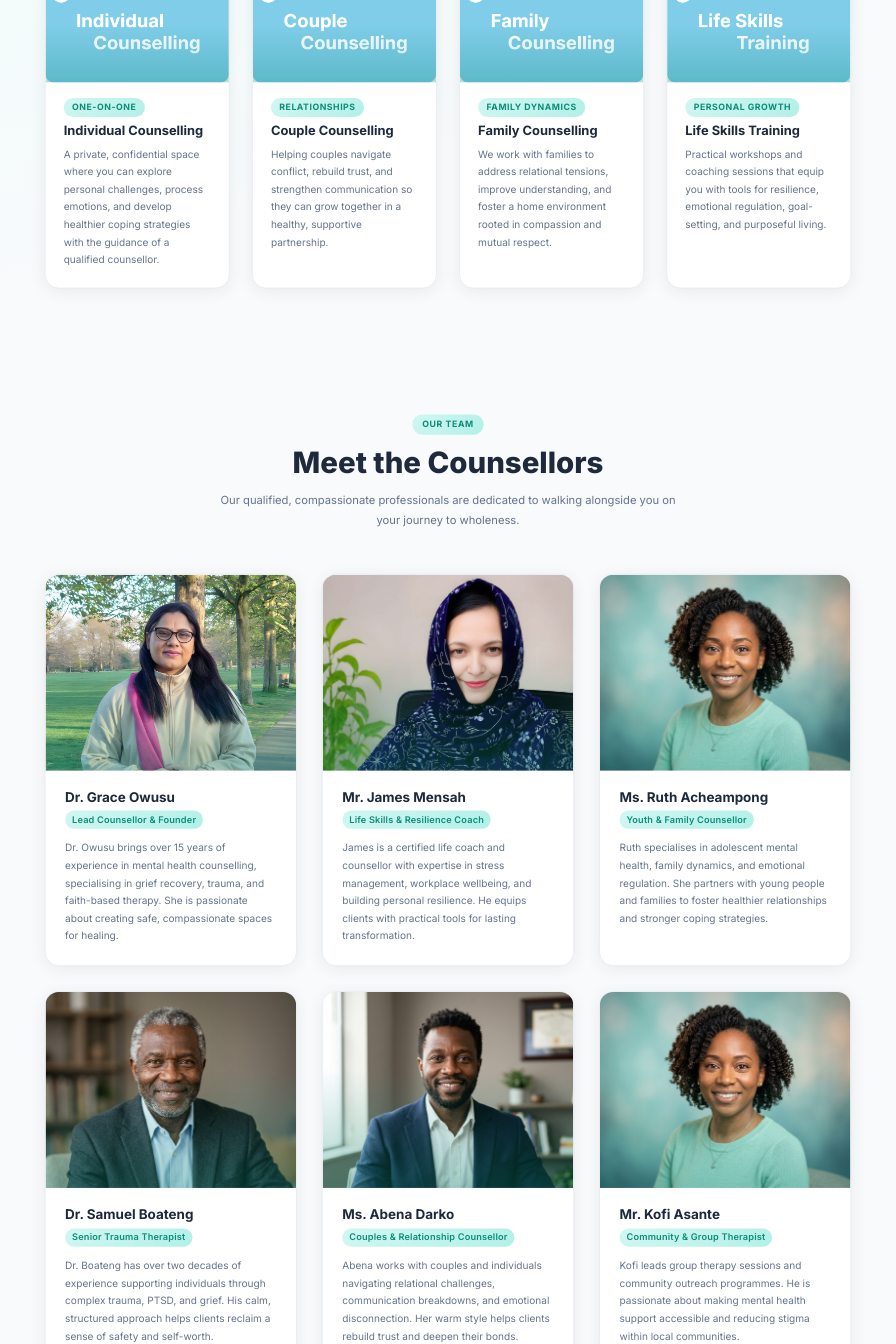
Repository: Tan47s/Lifelogo
Page: /
The author's editor kept a copy of each file at every save. The page is drawn from the files as they stood at one save, then again after the next save.
The browser window is 1280 px wide. The pictures show the part of the page from y = 1720 to 3640 px (the page is 4886 px tall), at 70% of full size.
The project was rebuilt for these pictures with package versions that can differ from the ones it lists, and the page was loaded fresh each time. Also part of the build but not shown: vite.config.js.

Above is the page before, as saved 2026-08-09 16:44:19.

### index.html
<!doctype html>
<html lang="en">
  <head>
    <meta charset="UTF-8" />
    <link rel="icon" type="image/svg+xml" href="/favicon.svg" />
    <meta name="viewport" content="width=device-width, initial-scale=1.0" />
    <title>Life-Logo | Mental Health Counselling &amp; Life Skills</title>
    <meta name="description" content="Life-Logo Mental Health Support &amp; Life Skills Training Unit — professional counselling, resilience coaching, and compassionate support to help you find meaning, hope, and purpose." />
    <meta property="og:title" content="Life-Logo | Mental Health Counselling &amp; Life Skills" />
    <meta property="og:description" content="Professional counselling and life skills training to support your well-being and personal growth." />
    <meta property="og:type" content="website" />
  </head>
  <body>
    <div id="root"></div>
    <script type="module" src="/src/main.jsx"></script>
  </body>
</html>

### src/main.jsx
import { StrictMode } from 'react'
import { createRoot } from 'react-dom/client'

import { App } from './App.jsx'


createRoot(document.getElementById('root')).render(
  <StrictMode>
    <App />
  </StrictMode>,
)

### src/App.jsx
import React from 'react'
import { Header } from './comp/Header'
import { Herocon } from './comp/Herocon'
import { Contents2 } from './comp/Contents2'
import { Service2 } from './comp/Service2'
import { Counsellors } from './comp/Counsellors'
import { Contact } from './comp/Contact'
import { Footer } from './comp/Footer'

export const App = () => {
  return (
    <div>
      <Header />

      {/* Hero — id: home (owned by Herocon's <section>) */}
      <Herocon />

      {/* Our Story — id: story (owned by Contents2's <section>) */}
      <Contents2 />

      {/* Services — id: services (declared inside Service2's <section>) */}
      <Service2 />

      {/* Our Team — id: team */}
      <Counsellors />

      {/* Contact — id: contact */}
      <Contact />

      {/* Footer */}
      <Footer />
    </div>
  )
}

### src/comp/Herocon.jsx
import './herocon.css'
import Hero from '../assets/hero.png'

const stats = [
  { value: '500+', label: 'Lives Impacted' },
  { value: '15+', label: 'Years Experience' },
  { value: '6',   label: 'Specialists' },
]

export const Herocon = () => {
  const scrollTo = (id) => {
    const el = document.getElementById(id)
    if (el) el.scrollIntoView({ behavior: 'smooth' })
  }

  return (
    <section
      id="home"
      className="hero-section"
      style={{ backgroundImage: `url(${Hero})` }}
    >
      {/* layered overlay */}
      <div className="hero-overlay" />

      <div className="hero-content">
        {/* eyebrow badge */}
        <span className="hero-badge">Mental Health &amp; Life Skills</span>

        {/* quote */}
        <p className="hero-quote">
          &ldquo;Doctors Dress The Wound, God Heals It.&rdquo;
        </p>

        {/* headline */}
        <h1 className="hero-headline">
          Well-Being Requires<br />
          <span className="hero-headline-accent">a Safe Space to Heal</span>
        </h1>

        {/* sub-text */}
        <p className="hero-sub">
          Mental health is the foundation of a healthy life. Through compassion,
          professional support, and faith, we help you find hope, build
          resilience, and take meaningful steps toward lasting well-being.
        </p>

        {/* CTAs */}
        <div className="hero-ctas">
          <button
            id="hero-contact-btn"
            className="hero-btn hero-btn--primary"
            onClick={() => scrollTo('contact')}
          >
            Contact Us
          </button>
          <button
            id="hero-services-btn"
            className="hero-btn hero-btn--ghost"
            onClick={() => scrollTo('services')}
          >
            Our Services
          </button>
        </div>

        {/* Stats strip */}
        <div className="hero-stats">
          {stats.map((s, i) => (
            <div className="hero-stat" key={i}>
              <span className="hero-stat-value">{s.value}</span>
              <span className="hero-stat-label">{s.label}</span>
            </div>
          ))}
        </div>
      </div>
    </section>
  )
}

### src/comp/Service2.jsx
import React from 'react'
import ser1 from '../assets/ser1.png'
import ser2 from '../assets/ser2.png'
import ser3 from '../assets/ser3.png'
import ser4 from '../assets/ser4.png'
import './Service2.css'

const services = [
  {
    img: ser1,
    title: 'Individual Counselling',
    tag: 'One-on-One',
    desc: 'A private, confidential space where you can explore personal challenges, process emotions, and develop healthier coping strategies with the guidance of a qualified counsellor.',
  },
  {
    img: ser2,
    title: 'Couple Counselling',
    tag: 'Relationships',
    desc: 'Helping couples navigate conflict, rebuild trust, and strengthen communication so they can grow together in a healthy, supportive partnership.',
  },
  {
    img: ser3,
    title: 'Family Counselling',
    tag: 'Family Dynamics',
    desc: 'We work with families to address relational tensions, improve understanding, and foster a home environment rooted in compassion and mutual respect.',
  },
  {
    img: ser4,
    title: 'Life Skills Training',
    tag: 'Personal Growth',
    desc: 'Practical workshops and coaching sessions that equip you with tools for resilience, emotional regulation, goal-setting, and purposeful living.',
  },
]

export const Service2 = () => {
  return (
    <section id="services" className="services-section">
      {/* Section Header */}
      <div className="services-header">
        <span className="section-badge">What We Offer</span>
        <h2>Our Services</h2>
        <p className="services-subtitle">
          We provide compassionate mental health counselling and life skills
          training to support your well-being and personal growth.
        </p>
      </div>

      {/* Cards Grid */}
      <div className="services-grid">
        {services.map((s, i) => (
          <div className="service-card" key={i}>
            <div className="service-img-wrap">
              <img src={s.img} alt={s.title} className="service-img" />
              <div className="service-img-overlay" />
            </div>
            <div className="service-info">
              <span className="service-tag">{s.tag}</span>
              <h3>{s.title}</h3>
              <p>{s.desc}</p>
            </div>
          </div>
        ))}
      </div>
    </section>
  )
}

### src/comp/Counsellors.jsx
import React from 'react'
import './Counsellors.css'
import c1 from '../assets/counsellor1.jpg'
import c2 from '../assets/counsellor2.jpg'
import c3 from '../assets/counsellor3.png'
import c4 from '../assets/counsellor4.png'
import c5 from '../assets/counsellor5.png'
import c6 from '../assets/counsellor6.png'

const counsellors = [
  {
    img: c1,
    name: 'Dr. Grace Owusu',
    role: 'Lead Counsellor & Founder',
    bio: 'Dr. Owusu brings over 15 years of experience in mental health counselling, specialising in grief recovery, trauma, and faith-based therapy. She is passionate about creating safe, compassionate spaces for healing.',
  },
  {
    img: c2,
    name: 'Mr. James Mensah',
    role: 'Life Skills & Resilience Coach',
    bio: 'James is a certified life coach and counsellor with expertise in stress management, workplace wellbeing, and building personal resilience. He equips clients with practical tools for lasting transformation.',
  },
  {
    img: c3,
    name: 'Ms. Ruth Acheampong',
    role: 'Youth & Family Counsellor',
    bio: 'Ruth specialises in adolescent mental health, family dynamics, and emotional regulation. She partners with young people and families to foster healthier relationships and stronger coping strategies.',
  },
  {
    img: c4,
    name: 'Dr. Samuel Boateng',
    role: 'Senior Trauma Therapist',
    bio: 'Dr. Boateng has over two decades of experience supporting individuals through complex trauma, PTSD, and grief. His calm, structured approach helps clients reclaim a sense of safety and self-worth.',
  },
  {
    img: c5,
    name: 'Ms. Abena Darko',
    role: 'Couples & Relationship Counsellor',
    bio: 'Abena works with couples and individuals navigating relational challenges, communication breakdowns, and emotional disconnection. Her warm style helps clients rebuild trust and deepen their bonds.',
  },
  {
    img: c6,
    name: 'Mr. Kofi Asante',
    role: 'Community & Group Therapist',
    bio: 'Kofi leads group therapy sessions and community outreach programmes. He is passionate about making mental health support accessible and reducing stigma within local communities.',
  },
]

export const Counsellors = () => {
  return (
    <section id="team" className="counsellors-section">
      {/* Section Header */}
      <div className="counsellors-header">
        <span className="section-badge">Our Team</span>
        <h2>Meet the Counsellors</h2>
        <p className="counsellors-subtitle">
          Our qualified, compassionate professionals are dedicated to walking
          alongside you on your journey to wholeness.
        </p>
      </div>

      {/* Cards Grid */}
      <div className="counsellors-grid">
        {counsellors.map((c, i) => (
          <div className="counsellor-card" key={i}>
            <div className="counsellor-img-wrap">
              <img src={c.img} alt={c.name} className="counsellor-img" />
              <div className="counsellor-img-overlay" />
            </div>
            <div className="counsellor-info">
              <h3>{c.name}</h3>
              <span className="counsellor-role">{c.role}</span>
              <p>{c.bio}</p>
            </div>
          </div>
        ))}
      </div>
    </section>
  )
}

### src/comp/Footer.jsx
import React from 'react'
import './Footer.css'
import logo from '../assets/logo.png'

export const Footer = () => {
  const year = new Date().getFullYear()

  const scrollTo = (id) => {
    const el = document.getElementById(id)
    if (el) el.scrollIntoView({ behavior: 'smooth' })
  }

  return (
    <footer className="footer">
      <div className="footer-inner">

        {/* Brand Column */}
        <div className="footer-brand">
          <div className="footer-logo-row">
            <img src={logo} alt="Life-Logo" className="footer-logo" />
            <span className="footer-name">Life-Logo</span>
          </div>
          <p className="footer-tagline">
            Mental Health Support &amp; Life Skills Training Unit — helping
            people discover meaning, hope, and purpose.
          </p>
        </div>

        {/* Quick Links */}
        <div className="footer-col">
          <h4>Quick Links</h4>
          <ul>
            {[
              { label: 'Home',        id: 'home' },
              { label: 'Our Story',   id: 'story' },
              { label: 'Services',    id: 'services' },
              { label: 'Our Team',    id: 'team' },
              { label: 'Contact',     id: 'contact' },
            ].map((l) => (
              <li key={l.id}>
                <button onClick={() => scrollTo(l.id)} className="footer-link">
                  {l.label}
                </button>
              </li>
            ))}
          </ul>
        </div>

        {/* Contact Column */}
        <div className="footer-col">
          <h4>Contact</h4>
          <ul className="footer-contact-list">
            <li>
              <span className="fc-icon">📍</span>
              14 Serenity Close, Westland District, Accra, Ghana
            </li>
            <li>
              <span className="fc-icon">📞</span>
              <a href="tel:+233302981100">+233 30 298 1100</a>
            </li>
            <li>
              <span className="fc-icon">✉️</span>
              <a href="mailto:hello@lifelogo.org">hello@lifelogo.org</a>
            </li>
            <li>
              <span className="fc-icon">💬</span>
              <a href="https://wa.me/233244567890" target="_blank" rel="noopener noreferrer">
                WhatsApp Us
              </a>
            </li>
          </ul>
        </div>

      </div>

      {/* Bottom Bar */}
      <div className="footer-bottom">
        <p>&copy; {year} Life-Logo Mental Health &amp; Life Skills. All rights reserved.</p>
        <p className="footer-note">Built with compassion 💚</p>
      </div>
    </footer>
  )
}

### src/Index.css

@import url('https://fonts.googleapis.com/css2?family=Inter:wght@100..900&display=swap');

:root {
  /* Brand */
  --primary: #6de1fb;        /* Teal from header */
  --primary-light: #02ff78;


  /* Logo greens */
  --green: #22C55E;
  --green-light: #DCFCE7;

  /* Blue accent */
  --blue: #38BDF8;
  --blue-light: #E0F2FE;

  /* Backgrounds */
  --background: #F8FAFC;
  --surface: #FFFFFF;

  /* Text */
  --text: #1E293B;
  --text-muted: #64748B;

  /* Borders */
  --border: #E2E8F0;
}

* {
  margin: 0;
  padding: 0;
  box-sizing: border-box;
  font-family: "Inter", sans-serif;
}

h1{
    font-weight: 800;
}

p{
    font-weight: 400;
}

### src/comp/Contents2.css
/* ============================================================
   OUR STORY SECTION
   ============================================================ */

.story-section {
  padding: 100px 5% 80px;
  background: var(--background);   /* #F8FAFC — same as Counsellors */
}

/* ---- Two-column inner wrapper ---- */
.story-inner {
  display: grid;
  grid-template-columns: 1fr 1fr;
  gap: 72px;
  max-width: 1200px;
  margin: 0 auto;
  align-items: start;
}

/* ========== LEFT: text column ========== */
.story-text {
  display: flex;
  flex-direction: column;
  gap: 20px;
}

.story-text h2 {
  font-size: clamp(26px, 3.5vw, 40px);
  font-weight: 800;
  color: var(--text);
  line-height: 1.18;
  margin: 0;
}

.story-lead {
  font-size: 1.05rem;
  color: var(--text);
  font-weight: 500;
  line-height: 1.75;
  margin: 0;
}

.story-body {
  font-size: 0.95rem;
  color: var(--text-muted);
  line-height: 1.8;
  margin: 0;
}

/* ========== RIGHT: pillars column ========== */
.story-pillars {
  display: flex;
  flex-direction: column;
  gap: 20px;
}

/* ---- Single pillar card ---- */
.story-pillar {
  display: flex;
  align-items: flex-start;
  gap: 18px;
  background: var(--surface);
  border: 1px solid var(--border);
  border-radius: 18px;
  padding: 24px 22px;
  box-shadow: 0 2px 16px rgba(0, 0, 0, 0.05);
  transition: transform 0.25s ease, box-shadow 0.25s ease;
}

.story-pillar:hover {
  transform: translateY(-4px);
  box-shadow: 0 8px 32px rgba(109, 225, 251, 0.18);
}

/* ---- Icon bubble ---- */
.pillar-icon {
  flex-shrink: 0;
  width: 48px;
  height: 48px;
  border-radius: 14px;
  background: linear-gradient(135deg, #d0f7f1, #b2f0e8);
  display: flex;
  align-items: center;
  justify-content: center;
  color: #0d8c7a;
}

.pillar-icon svg {
  width: 22px;
  height: 22px;
}

/* ---- Pillar text ---- */
.pillar-body {
  display: flex;
  flex-direction: column;
  gap: 5px;
}

.pillar-body h4 {
  font-size: 1rem;
  font-weight: 700;
  color: var(--text);
  margin: 0;
}

.pillar-body p {
  font-size: 0.88rem;
  color: var(--text-muted);
  line-height: 1.65;
  margin: 0;
}

/* ---- Responsive ---- */
@media (max-width: 860px) {
  .story-inner {
    grid-template-columns: 1fr;
    gap: 48px;
  }
}

@media (max-width: 640px) {
  .story-section {
    padding: 70px 5% 60px;
  }
}

### src/comp/Service2.css
/* ============================================================
   SERVICES SECTION  —  mirrors Counsellors card style
   ============================================================ */

.services-section {
  padding: 100px 5% 80px;
  background: linear-gradient(160deg, #f0fdfb 0%, #f8fafc 60%);
}

/* --- Header --- */
.services-header {
  text-align: center;
  max-width: 660px;
  margin: 0 auto 64px;
}

.services-header h2 {
  font-size: clamp(28px, 4vw, 42px);
  font-weight: 800;
  color: var(--text);
  margin-bottom: 16px;
  line-height: 1.15;
}

.services-subtitle {
  font-size: 1rem;
  color: var(--text-muted);
  line-height: 1.7;
}

/* --- Grid --- */
.services-grid {
  display: grid;
  grid-template-columns: repeat(auto-fit, minmax(260px, 1fr));
  gap: 32px;
  max-width: 1200px;
  margin: 0 auto;
}

/* --- Card --- */
.service-card {
  background: var(--surface);
  border-radius: 20px;
  overflow: hidden;
  box-shadow: 0 4px 24px rgba(0, 0, 0, 0.07);
  border: 1px solid var(--border);
  transition: transform 0.3s ease, box-shadow 0.3s ease;
}

.service-card:hover {
  transform: translateY(-8px);
  box-shadow: 0 12px 40px rgba(109, 225, 251, 0.25);
}

/* --- Image wrapper --- */
.service-img-wrap {
  position: relative;
  width: 100%;
  height: 150px;
  overflow: hidden;
}

.service-img {
  width: 100%;
  height: 100%;
  object-fit: cover;
  object-position: center;
  transition: transform 0.4s ease;
}

.service-card:hover .service-img {
  transform: scale(1.05);
}

.service-img-overlay {
  position: absolute;
  inset: 0;
  background: linear-gradient(to top, rgba(13, 140, 122, 0.3) 0%, transparent 55%);
  pointer-events: none;
}

/* --- Info block --- */
.service-info {
  padding: 22px 26px 28px;
  display: flex;
  flex-direction: column;
  gap: 8px;
}

.service-tag {
  display: inline-block;
  background: linear-gradient(135deg, #d0f7f1, #b2f0e8);
  color: #0d8c7a;
  font-size: 0.78rem;
  font-weight: 700;
  letter-spacing: 0.06em;
  text-transform: uppercase;
  padding: 4px 12px;
  border-radius: 999px;
  align-self: flex-start;
}

.service-info h3 {
  font-size: 1.15rem;
  font-weight: 700;
  color: var(--text);
  margin: 0;
  line-height: 1.3;
}

.service-info p {
  font-size: 0.9rem;
  color: var(--text-muted);
  line-height: 1.75;
  margin: 0;
}

/* --- Responsive --- */
@media (max-width: 640px) {
  .services-section {
    padding: 70px 5% 60px;
  }

  .services-grid {
    grid-template-columns: 1fr;
  }
}

### src/comp/Footer.css
/* ============================================================
   FOOTER
   ============================================================ */

.footer {
  background: linear-gradient(135deg, #0f2027, #203a43, #2c5364);
  color: rgba(255, 255, 255, 0.85);
  padding-top: 64px;
}

.footer-inner {
  max-width: 1100px;
  margin: 0 auto;
  padding: 0 5% 48px;
  display: grid;
  grid-template-columns: 1.6fr 1fr 1.2fr;
  gap: 48px;
}

/* --- Brand Column --- */
.footer-brand {}

.footer-logo-row {
  display: flex;
  align-items: center;
  gap: 12px;
  margin-bottom: 16px;
}

.footer-logo {
  width: 44px;
  height: 44px;
  object-fit: contain;
  border-radius: 10px;
  background: white;
  padding: 3px;
}

.footer-name {
  font-size: 1.3rem;
  font-weight: 800;
  color: var(--primary);
  letter-spacing: -0.02em;
}

.footer-tagline {
  font-size: 0.9rem;
  line-height: 1.7;
  color: rgba(255, 255, 255, 0.6);
  max-width: 300px;
}

/* --- Columns --- */
.footer-col h4 {
  font-size: 0.8rem;
  font-weight: 700;
  letter-spacing: 0.1em;
  text-transform: uppercase;
  color: var(--primary);
  margin-bottom: 18px;
}

.footer-col ul {
  list-style: none;
  padding: 0;
  margin: 0;
  display: flex;
  flex-direction: column;
  gap: 10px;
}

/* Quick links */
.footer-link {
  background: none;
  border: none;
  padding: 0;
  cursor: pointer;
  font-size: 0.9rem;
  color: rgba(255, 255, 255, 0.7);
  text-align: left;
  transition: color 0.2s ease;
  font-family: inherit;
}

.footer-link:hover {
  color: var(--primary);
}

/* Contact list */
.footer-contact-list li {
  display: flex;
  align-items: flex-start;
  gap: 10px;
  font-size: 0.88rem;
  color: rgba(255, 255, 255, 0.7);
  line-height: 1.55;
}

.footer-contact-list a {
  color: rgba(255, 255, 255, 0.7);
  text-decoration: none;
  transition: color 0.2s ease;
}

.footer-contact-list a:hover {
  color: var(--primary);
}

.fc-icon {
  flex-shrink: 0;
  font-size: 1rem;
  margin-top: 1px;
}

/* --- Bottom Bar --- */
.footer-bottom {
  border-top: 1px solid rgba(255, 255, 255, 0.1);
  padding: 20px 5%;
  display: flex;
  align-items: center;
  justify-content: space-between;
  max-width: 100%;
}

.footer-bottom p {
  font-size: 0.82rem;
  color: rgba(255, 255, 255, 0.45);
  margin: 0;
}

.footer-note {
  font-size: 0.82rem;
  color: rgba(255, 255, 255, 0.45);
}

/* --- Responsive --- */
@media (max-width: 860px) {
  .footer-inner {
    grid-template-columns: 1fr 1fr;
  }
  .footer-brand {
    grid-column: span 2;
  }
}

@media (max-width: 540px) {
  .footer-inner {
    grid-template-columns: 1fr;
  }
  .footer-brand {
    grid-column: span 1;
  }
  .footer-bottom {
    flex-direction: column;
    gap: 6px;
    text-align: center;
  }
}

Loaded but not shown: src/comp/Contact.jsx (114 lines, source omitted); src/App.css (221 lines, source omitted); src/comp/herocon.css (185 lines, source omitted); src/comp/Contact.css (202 lines, source omitted); src/comp/Header.jsx (102 lines, source omitted); src/comp/Contents2.jsx (74 lines, source omitted); src/comp/Counsellors.css (141 lines, source omitted)

After the next save:
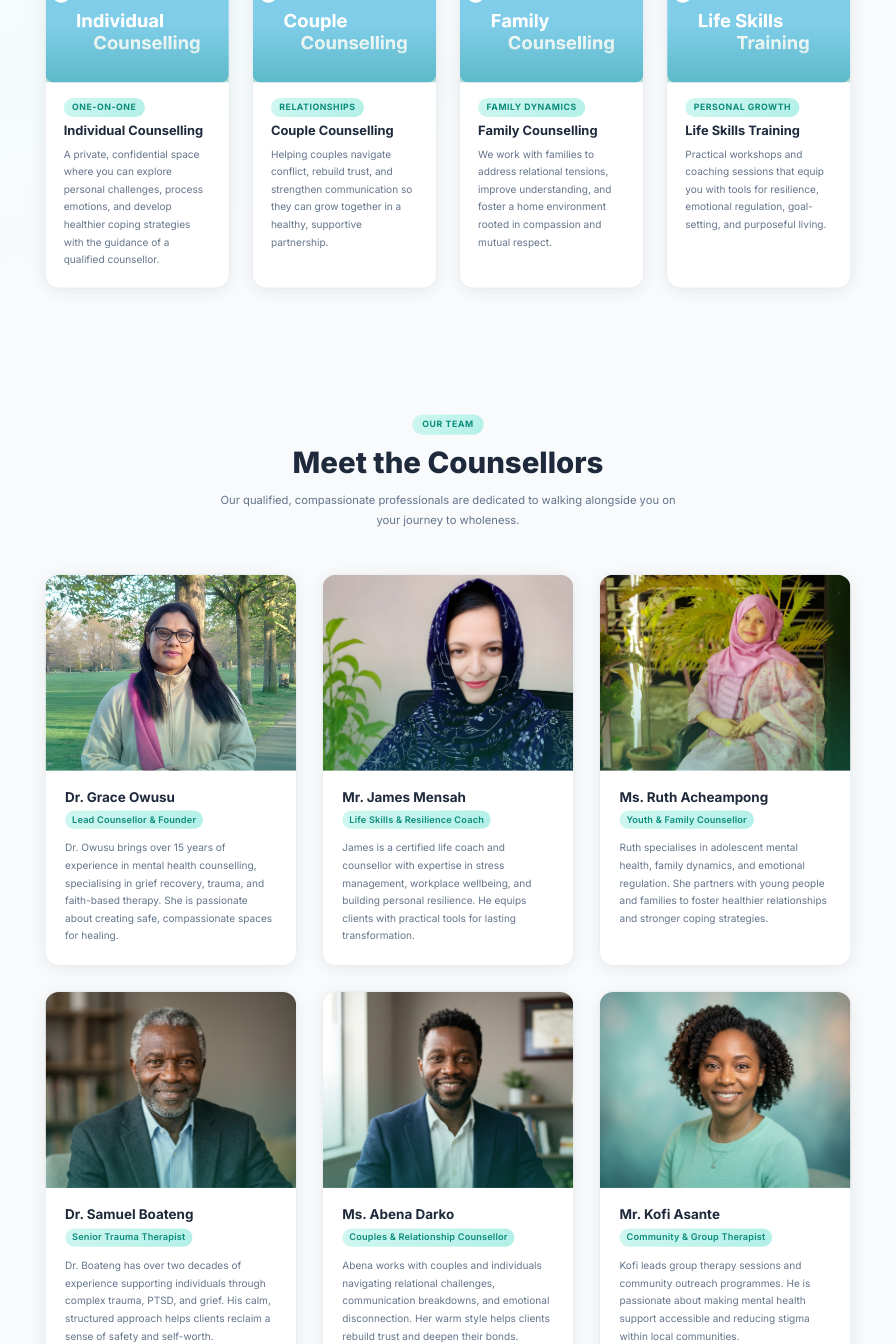
Saved 15 s later.
--- a/src/comp/Counsellors.jsx
+++ b/src/comp/Counsellors.jsx
@@ -2,7 +2,7 @@ import React from 'react'
 import './Counsellors.css'
 import c1 from '../assets/counsellor1.jpg'
 import c2 from '../assets/counsellor2.jpg'
-import c3 from '../assets/counsellor3.png'
+import c3 from '../assets/counsellor3.jpeg'
 import c4 from '../assets/counsellor4.png'
 import c5 from '../assets/counsellor5.png'
 import c6 from '../assets/counsellor6.png'
